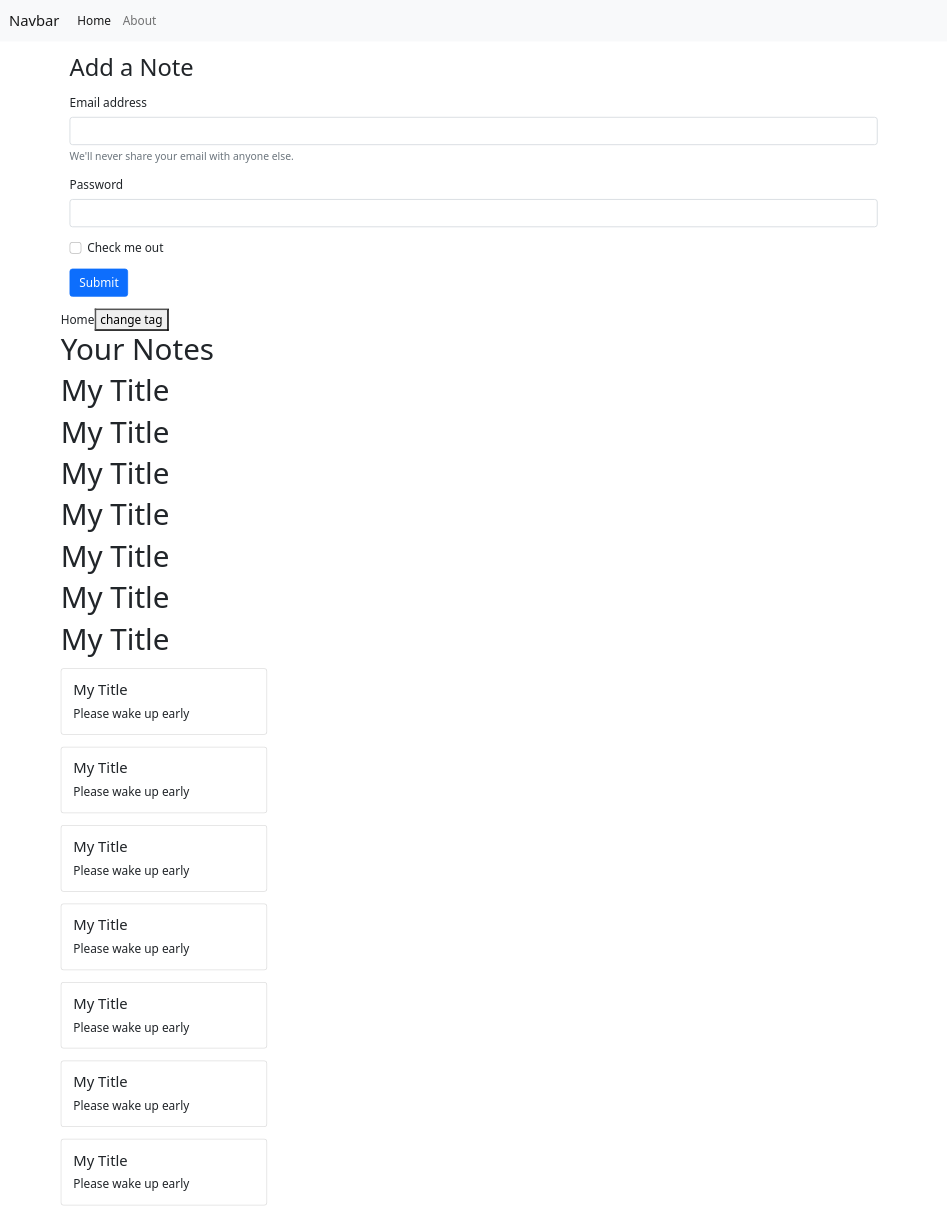
Repository: Asad-devv/inotebook-mern
Page: /
The author's editor kept a copy of each file at every save. The page is drawn from the files as they stood at one save, then again after the next save.
The browser window is 1280 px wide. The pictures show the whole page, at 74% of full size.
The project was rebuilt for these pictures with package versions that can differ from the ones it lists, and the page was loaded fresh each time. Also part of the build but not shown: vite.config.js, src/components/About.jsx.

Above is the page before, as saved 2023-04-14 00:37:38.

### index.html
<!DOCTYPE html>
<html lang="en">
  <head>
    <meta charset="UTF-8" />
    <link rel="icon" type="image/svg+xml" href="/vite.svg" />
    <meta name="viewport" content="width=device-width, initial-scale=1.0" />
    <link href="https://cdn.jsdelivr.net/npm/bootstrap@5.0.2/dist/css/bootstrap.min.css" rel="stylesheet" integrity="sha384-EVSTQN3/azprG1Anm3QDgpJLIm9Nao0Yz1ztcQTwFspd3yD65VohhpuuCOmLASjC" crossorigin="anonymous">
    <title>iNotebook</title>
  </head>
  <body>
    <div id="root"></div>
    <script type="module" src="/src/main.jsx"></script>


    <script src="https://cdn.jsdelivr.net/npm/@popperjs/core@2.9.2/dist/umd/popper.min.js" integrity="sha384-IQsoLXl5PILFhosVNubq5LC7Qb9DXgDA9i+tQ8Zj3iwWAwPtgFTxbJ8NT4GN1R8p" crossorigin="anonymous"></script>
    <script src="https://cdn.jsdelivr.net/npm/bootstrap@5.0.2/dist/js/bootstrap.min.js" integrity="sha384-cVKIPhGWiC2Al4u+LWgxfKTRIcfu0JTxR+EQDz/bgldoEyl4H0zUF0QKbrJ0EcQF" crossorigin="anonymous"></script>
  </body>
</html>

### src/main.jsx
import React from 'react'
import ReactDOM from 'react-dom/client'
import App from './App'
// import './index.css'
import { BrowserRouter } from "react-router-dom"
import { Provider } from 'react-redux'
import store from './states/Store'


ReactDOM.createRoot(document.getElementById('root')).render(
  <React.StrictMode>
    <BrowserRouter>
    <Provider store={store} >
    <App />
    </Provider>
    </BrowserRouter>
  </React.StrictMode>,
)

### src/App.jsx
import { useState } from 'react'
import reactLogo from './assets/react.svg'
import viteLogo from '/vite.svg'
// import './App.css'
import {Home,Navbar,About} from "./components"
import { Route, Routes } from "react-router-dom"




function App() {

  return (
      <>
      <Navbar/>
      <div className="container">
      <Routes>
      <Route path="/" element={<Home />} />
      <Route path="/about" element={<About />} />
      </Routes>
      </div>

    </>
  );
}
export default App

### src/states/Store.js
import { configureStore } from '@reduxjs/toolkit'
import notesReducer from "./redux/notesSlice"


export default configureStore({
  reducer: {notes:notesReducer},
})

### src/components/index.js
import Home from "./Home"
import Navbar from "./Navbar"
import About from "./About"



export { Home,Navbar,About }

### src/states/redux/notesSlice.js
import { createSlice } from '@reduxjs/toolkit'


const notesInitial = [
        {
          "_id": "61322f19553781a8ca8d0e06",
          "user": "6131dc5e3e4037cd4734a066",
          "title": "My Title",
          "description": "Please wake up early",
          "tag": "personal",
          "date": "2021-09-03T14:20:09.509Z",
          "__v": 0
        },
        {
          "_id": "61322f19553781a8ca8d0e08",
          "user": "6131dc5e3e4037cd4734a066",
          "title": "My Title",
          "description": "Please wake up early",
          "tag": "personal",
          "date": "2021-09-03T14:20:09.668Z",
          "__v": 0
        },
        {
          "_id": "61322f19553781a8ca8d0e08",
          "user": "6131dc5e3e4037cd4734a066",
          "title": "My Title",
          "description": "Please wake up early",
          "tag": "personal",
          "date": "2021-09-03T14:20:09.668Z",
          "__v": 0
        },
        {
          "_id": "61322f19553781a8ca8d0e08",
          "user": "6131dc5e3e4037cd4734a066",
          "title": "My Title",
          "description": "Please wake up early",
          "tag": "personal",
          "date": "2021-09-03T14:20:09.668Z",
          "__v": 0
        },
        {
          "_id": "61322f19553781a8ca8d0e08",
          "user": "6131dc5e3e4037cd4734a066",
          "title": "My Title",
          "description": "Please wake up early",
          "tag": "personal",
          "date": "2021-09-03T14:20:09.668Z",
          "__v": 0
        },
        {
          "_id": "61322f19553781a8ca8d0e08",
          "user": "6131dc5e3e4037cd4734a066",
          "title": "My Title",
          "description": "Please wake up early",
          "tag": "personal",
          "date": "2021-09-03T14:20:09.668Z",
          "__v": 0
        },
        {
          "_id": "61322f19553781a8ca8d0e08",
          "user": "6131dc5e3e4037cd4734a066",
          "title": "My Title",
          "description": "Please wake up early",
          "tag": "personal",
          "date": "2021-09-03T14:20:09.668Z",
          "__v": 0
        },
      ]

export const notesSlice= createSlice({
    name:'notes',
    initialState:{value:notesInitial},
    reducers:{
        update:(state)=>{
            setTimeout(()=>{state.value.tag+="gellp"},1000)

        }
    }
})


export const { update} = notesSlice.actions

export default notesSlice.reducer

### src/components/Home.jsx
import React from 'react'
import { useSelector,useDispatch } from 'react-redux'
import { update } from '../states/redux/notesSlice';
import Notes from './Notes';

const Home = () => {
  const dispatch= useDispatch();
  const notes =  useSelector((state) => state.notes.value)
  console.log(notes)
  return (
    <div>

      <div className="container my-3">
            <h2>Add a Note</h2>
            <form className="my-3">
                <div class="mb-3">
                    <label for="exampleInputEmail1" class="form-label">Email address</label>
                    <input type="email" class="form-control" id="exampleInputEmail1" aria-describedby="emailHelp"/>
                    <div id="emailHelp" class ="form-text">We'll never share your email with anyone else.</div>
                </div>
                <div class="mb-3">
                    <label for="exampleInputPassword1" class="form-label">Password</label>
                    <input type="password" class="form-control" id="exampleInputPassword1"/>
                </div>
                <div class="mb-3 form-check">
                    <input type="checkbox" class="form-check-input" id="exampleCheck1"/>
                    <label class ="form-check-label" for="exampleCheck1">Check me out</label>
                </div>
                <button type="submit" class="btn btn-primary">Submit</button>
            </form>
            </div>

      Home
        <button onClick={()=>dispatch(update())} >change tag</button>
        <h1>Your Notes</h1>
        {notes.map((note)=>{
          return(
            <h1 key={note.id}>{note.title}</h1>

          )
        })}
        <Notes></Notes>
    </div>
  )
}

export default Home

### src/components/Navbar.jsx
import React,{useEffect,useState} from 'react'
import {Link,useLocation } from "react-router-dom"

const Navbar = () => {


  let location = useLocation();
  const [activeLink, setActiveLink] = useState()

  useEffect(() => {
    // Google Analytics
  }, [location]);

  return (

    <nav className="navbar navbar-expand-lg navbar-light bg-light">
      <div className="container-fluid">
        <a className="navbar-brand" href="#">Navbar</a>
        <button className="navbar-toggler" type="button" data-bs-toggle="collapse" data-bs-target="#navbarNav" aria-controls="navbarNav" aria-expanded="false" aria-label="Toggle navigation">
          <span className="navbar-toggler-icon" />
        </button>
        <div className="collapse navbar-collapse" id="navbarNav">
          <ul className="navbar-nav">
            <li className="nav-item">
              <Link to="/" className={`${location.pathname==="/" && "active"}   nav-link`} aria-current="page" href="#">Home</Link >
            </li>

            <li className="nav-item">
              <Link to="/about" className={`${location.pathname==="/about" && "active"}   nav-link`} href="#">About</Link >
            </li>

          </ul>
        </div>
      </div>
    </nav>  )
}

export default Navbar

### src/components/Notes.jsx
import React from 'react'
import { useSelector,useDispatch } from 'react-redux'
// import { update } from '../states/redux/notesSlice';



const NoteItem = ({title,description,tag})=>{
    return(
        <div className="col-md-3">
        <div class="card my-3">
            <div class ="card-body">
            <h5 class ="card-title">{title}</h5>
            <p class ="card-text">{description}</p>
            </div>
        </div>
    </div>
    )
}



const Notes = () => {
    const dispatch= useDispatch();
const notes =  useSelector((state) => state.notes.value)
  return (
    <div>  {notes.map((note)=>{
        return(
        //   <h1 key={  .id}>{note.title}</h1>
            <NoteItem key={note.id} {...note}/>
        )
      })}</div>
  )
}

export default Notes

After the next save:
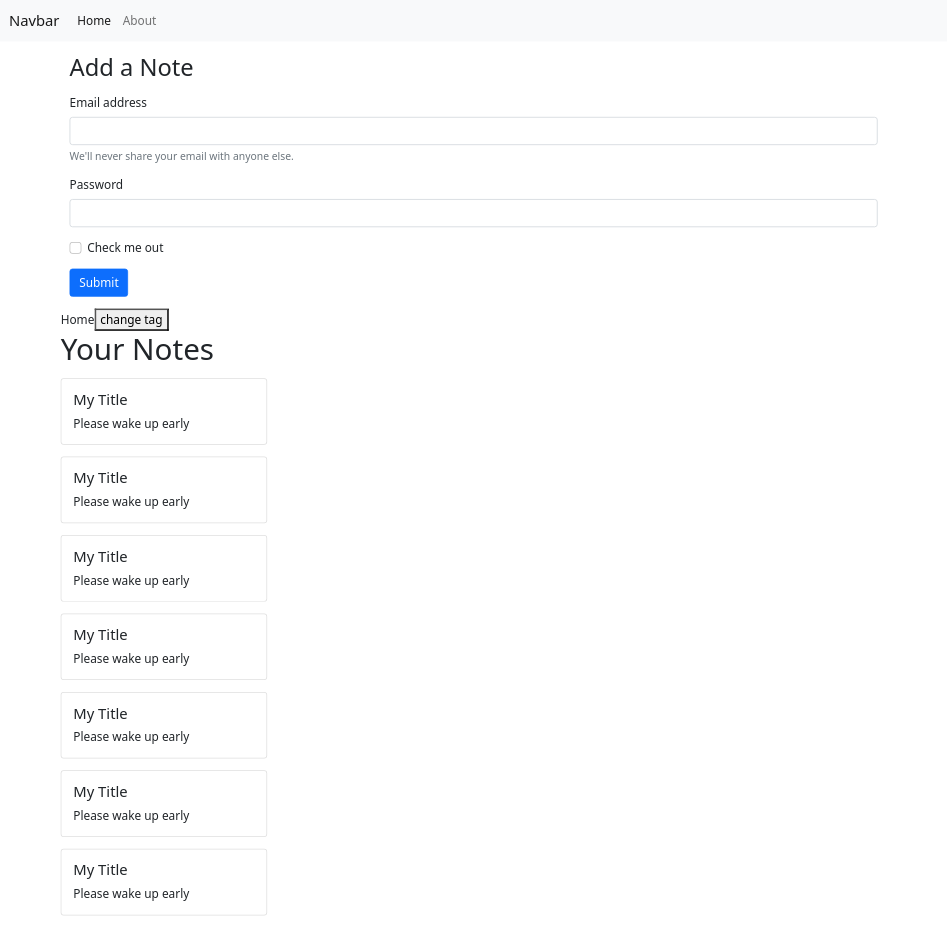
Saved 6 s later.
--- a/src/components/Home.jsx
+++ b/src/components/Home.jsx
@@ -33,12 +33,7 @@ const Home = () => {
       Home
         <button onClick={()=>dispatch(update())} >change tag</button>
         <h1>Your Notes</h1>
-        {notes.map((note)=>{
-          return(
-            <h1 key={note.id}>{note.title}</h1>
 
-          )
-        })}
         <Notes></Notes>
     </div>
   )
